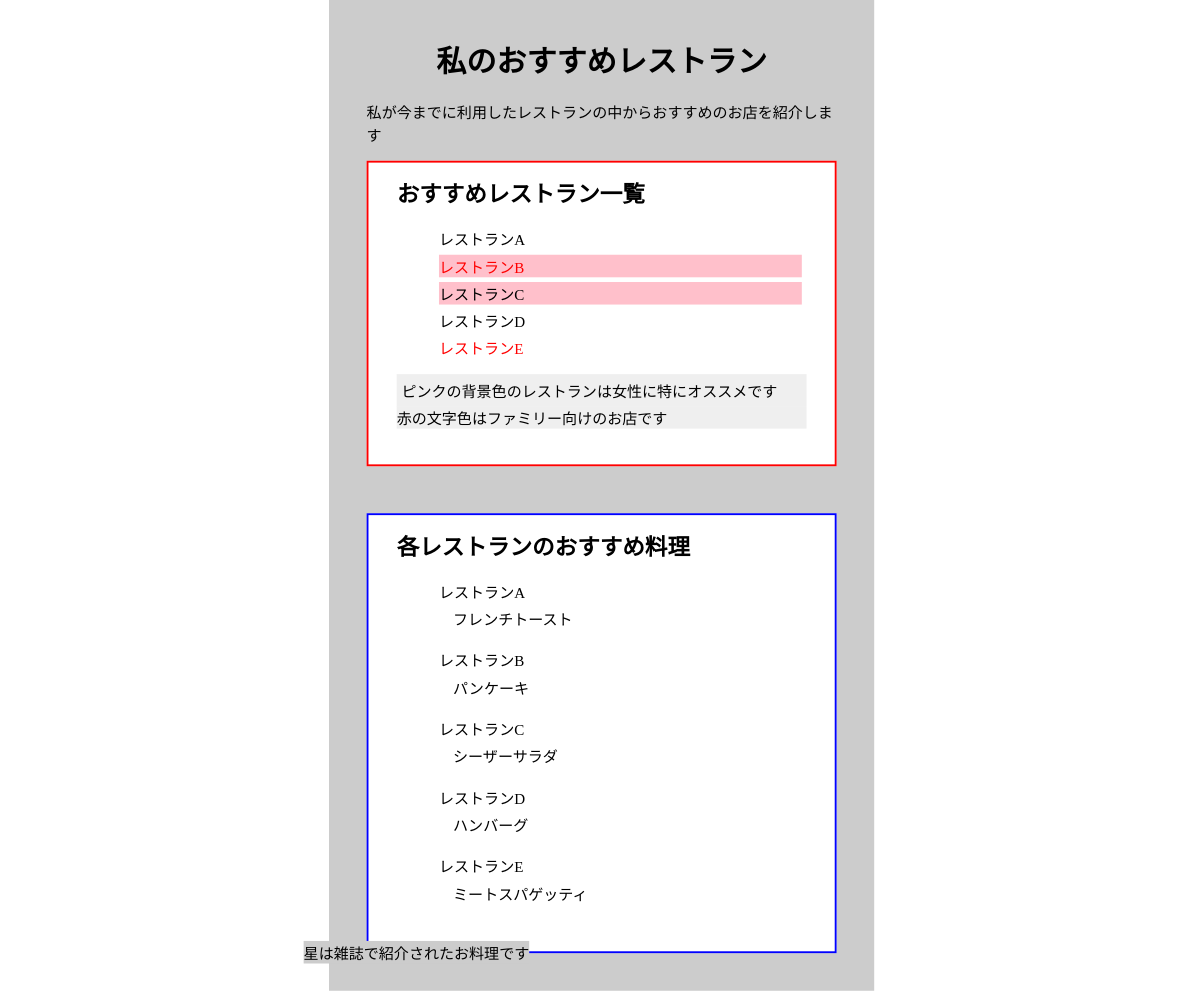
Repository: tsubasa2/restaurant
Page: 2021.2.html
The author's editor kept a record of every edit. The page is drawn from the files as they stood at one moment, then again after the next edit.
The browser window is 1280 px wide. The pictures show the whole page, at 94% of full size.

Above is the page before.

### 2021.2.html
<!DOCTYPE html>
<html lang="ja">
    <head>
        <meta charset="UTF-8">
        <title>私のおすすめレストラン</title>
        <link rel="stylesheet" href="style.css">
    </head>
    <body>
        <div id="wrapper">
            <h1>私のおすすめレストラン</h1>
            <p>私が今までに利用したレストランの中からおすすめのお店を紹介します</p>
            <div id="restraunt-list">
                <h2>おすすめレストラン一覧</h2>
                <ul>
                    <li>レストランA</li>
                    <li class="red bg-pink">レストランB</li>
                    <li class="bg-pink">レストランC</li>
                    <li>レストランD</li>
                    <li class="red">レストランE</li>
                </ul>
                <div id="layout">
                    <p id="layout1">ピンクの背景色のレストランは女性に特にオススメです</p>
                    <p id="layout2">赤の文字色はファミリー向けのお店です</p>
                </div>
            </div>
            <div id="food-list">
                <h2>各レストランのおすすめ料理</h2>
                <div id="food">
                <ul>
                    <li>レストランA</li>
                    <p id="food1">フレンチトースト</p>
                    <li>レストランB</li>
                    <p id="food2">パンケーキ</p>
                    <li>レストランC</li>
                    <p id="food3">シーザーサラダ</p>
                    <li>レストランD</li>
                    <p id="food4">ハンバーグ</p>
                    <li>レストランE</li>
                    <p id="food5">ミートスパゲッティ</p>
                </ul>
                </div>
            </div>
            <div id="sentence">
                <p id="sentence">星は雑誌で紹介されたお料理です</p>
            </div>
        </div>
    </body>
</html>

### style.css
@charset "utf-8";
body {
    /*background-color: black;*/
    height: 100vh;
    margin: 0;
}

div#wrapper {
    background-color: #ccc;
    width: 500px;
    margin: 0 auto;
    padding: 40px;
}

h1 {
    margin-top: 0px;
    text-align: center;
}

div#restraunt-list {
    border: solid 2px red;
    height: 277px;
    background-color: white;
    padding: 30px;
    padding-top: 14px;
}

h2 {
    margin-top: 0;
}

ul {
    list-style-type: none;
}

.red{
    color: red;
}
.bg-pink{
    background-color: pink;
}

li {
    margin: 5px;
}
p#layout1 {
    margin: 0;
    background-color: #cccccc4f;
    padding: 5px;
}


p#layout2 {
    margin: 0;
    background-color: #cccccc4f;
}

div#food-list {
    margin-top: 50px;
    border: solid 2px blue;
    background-color: white;
    padding: 30px;
    padding-top: 14px;
}

p#food1 {
    margin: 0px;
    margin-bottom: 20px;
    position: relative;
    left: 20px;
}

p#food2 {
    margin: 0px;
    margin-bottom: 20px;
    position: relative;
    left: 20px;
}

p#food3 {
    margin: 0px;
    margin-bottom: 20px;
    position: relative;
    left: 20px;
}

p#food4 {
    margin: 0px;
    margin-bottom: 20px;
    position: relative;
    left: 20px;
}

p#food5 {
    margin: 0px;
    margin-bottom: 20px;
    position: relative;
    left: 20px;
}


p#sentence {
    background-color: #ccc;
    position: absolute;
    left: 323px;
    top: 985px;
}

After the next edit:
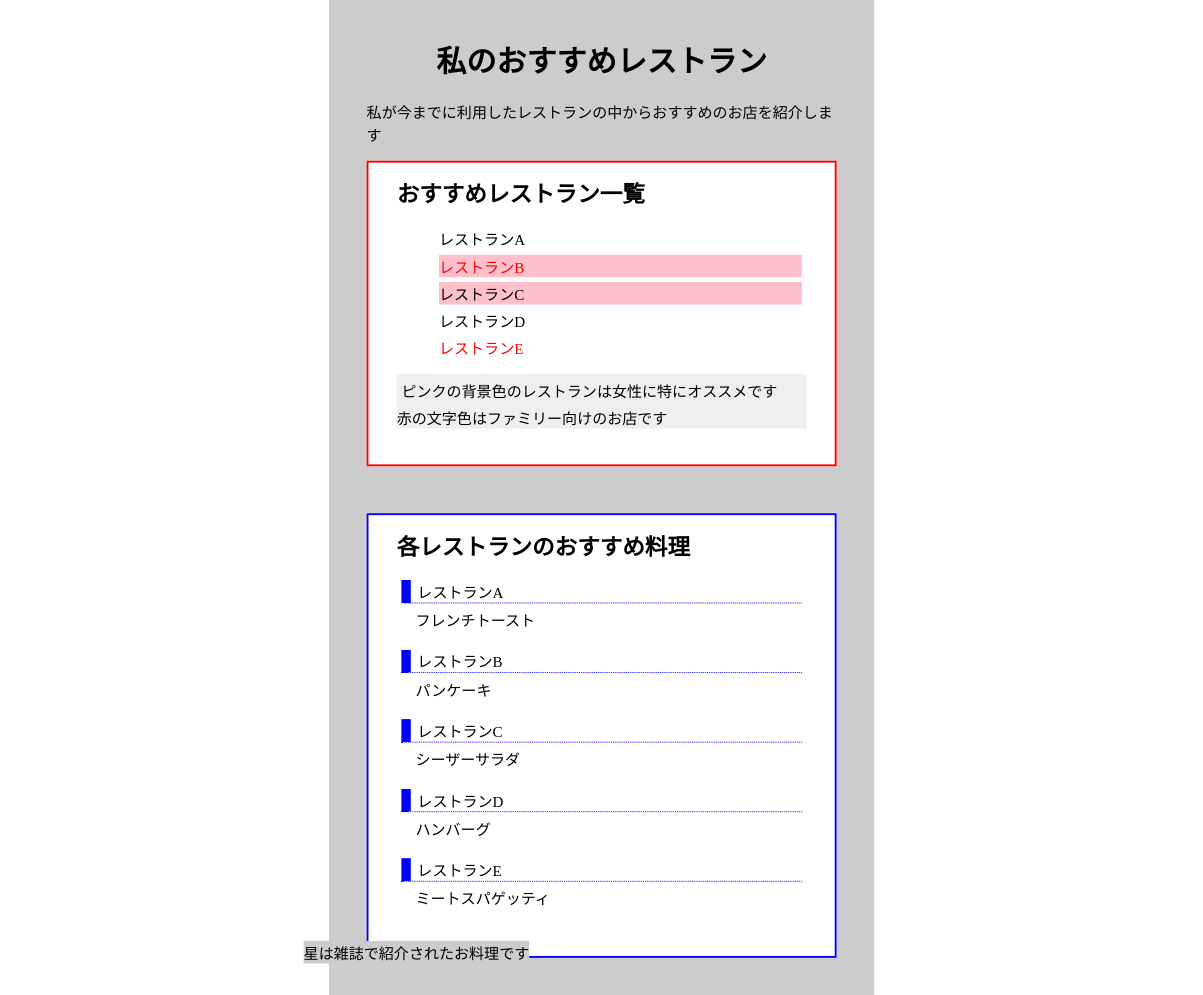
The edit:
--- a/style.css
+++ b/style.css
@@ -105,3 +105,15 @@
     left: 323px;
     top: 985px;
 }
+
+#food ul {
+    list-style-type: none;
+    padding-left: 0;
+}
+
+#food li {
+    margin: 5px;
+    border-left: solid 10px blue;
+    padding-left: 7px;
+    border-bottom: dotted 1px blue;
+}
